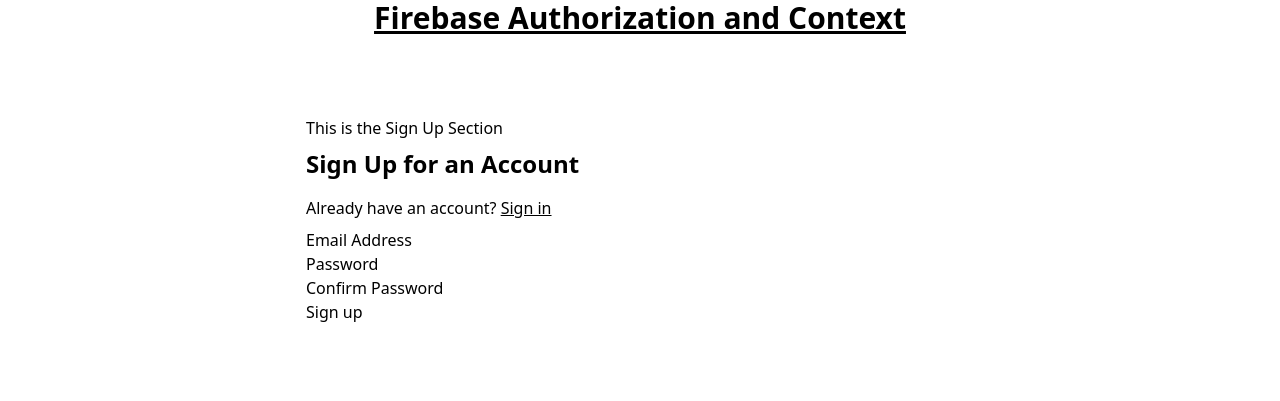
Repository: mottad14/practice_google_firebase
Page: /signup
An editor plug-in stored every save of this project. The page is shown before and after the next save, followed by the edit.
The browser window is 1280 px wide. The pictures show the whole page.
The project was rebuilt for these pictures with package versions that can differ from the ones it lists, and the page was loaded fresh each time. Also part of the build but not shown: src/components/Signin.jsx, src/components/Account.jsx.

Above is the page before, as saved 2022-07-27 09:11:58.

### src/index.js
import React from 'react';
import ReactDOM from 'react-dom/client';
import './index.css';
import App from './App';
import {BrowserRouter} from "react-router-dom"

const root = ReactDOM.createRoot(document.getElementById('root'))
root.render(
  <BrowserRouter>
    <App/>
  </BrowserRouter>);

### src/App.js
import React from "react";
import Signin from "./components/Signin";
import Signup from "./components/Signup";
import Account from "./components/Account"
import { Route, Routes } from "react-router-dom";

function App() {
  return (
    <div className="App">
          <h1 className="text-3xl text-center font-bold underline">
            Firebase Authorization and Context
            </h1>
            <Routes>
              <Route path="/" element={<Signin/>}  />
              <Route path="/signup" element={<Signup/>}  />
              <Route path="/account" element={<Account/>}  />
            </Routes>
    </div>
  );
}

export default App;

### src/components/Signup.jsx
import React from 'react'
import { Link } from 'react-router-dom'

const Signup = () => {
  return (
    <div className='max-w-[700px] mx-auto my-16 p-4 '>

      This is the Sign Up Section
      <div>
          <h1 className='text-2xl font-bold py-2'>Sign Up for an Account</h1>
          <p className='py-2'>
            Already have an account? <Link to="/" className='underline'> Sign in </Link>
          </p>
      </div>

      <form>
          <div>
            <label htmlFor=""> Email Address</label>
            <input type="email"/>
          </div>
          <div>
            <label htmlFor=""> Password</label>
            <input type="password"/>
          </div>
          <div>
            <label htmlFor=""> Confirm Password</label>
            <input type="password"/>
          </div>
          <button>Sign up</button>

      </form>

    </div>
  )
}

export default Signup

### tailwind.config.js
/** @type {import('tailwindcss').Config} */
module.exports = {
  content: [
    "./src/**/*.{js,jsx,ts,tsx}",
],
  theme: {
    extend: {},
  },
  plugins: [],
}

Loaded but not shown: public/index.html (common file); src/index.css (common file)

After the next save:
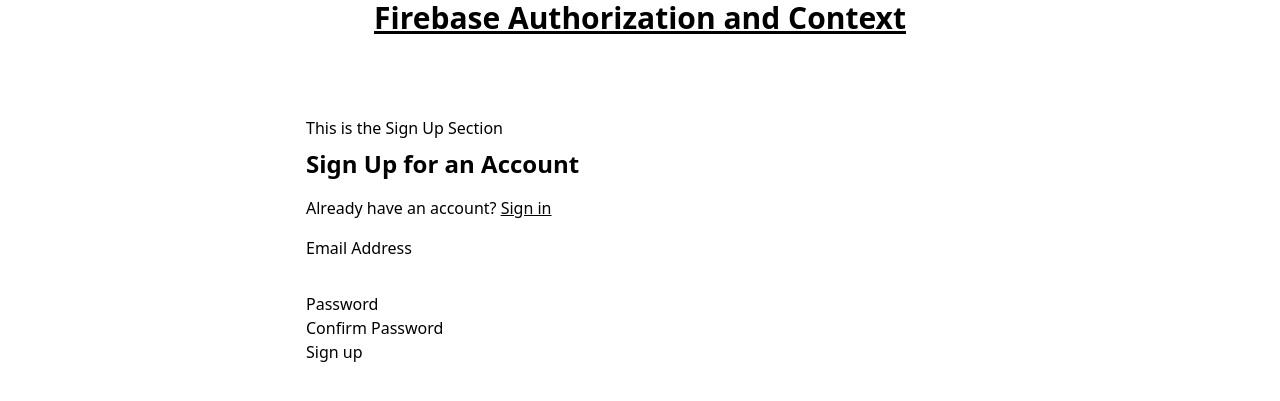
Saved 54 s later.
--- a/src/components/Signup.jsx
+++ b/src/components/Signup.jsx
@@ -14,7 +14,7 @@
       </div>
 
       <form>
-          <div>
+          <div className='flex flex-col py-2'>
             <label htmlFor=""> Email Address</label>
             <input type="email"/>
           </div>
